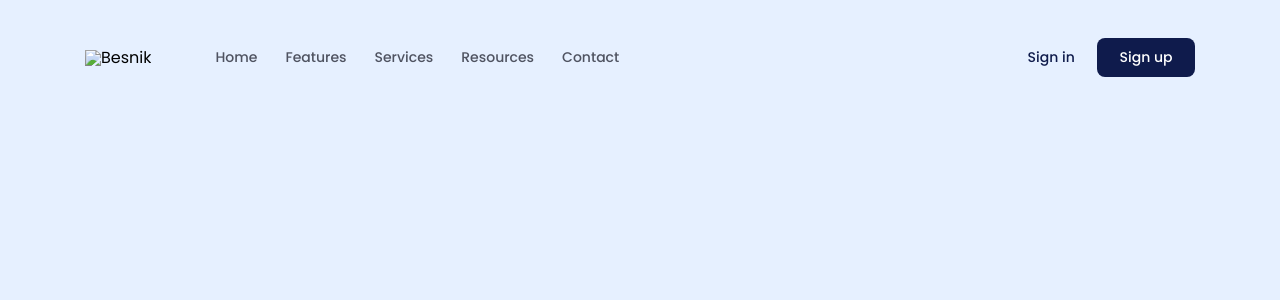
Repository: Phu2992/htmlcss-f8-01
Page: index.html
These files come from the project's save history. The page is drawn as it stood at one moment and after the next save; the edit follows.
The browser window is 1280 px wide. The pictures show the whole page.
The pointer rests on the first visible `.btn`.

Above is the page before, as saved 2024-09-26 15:21:15.

After the next save:
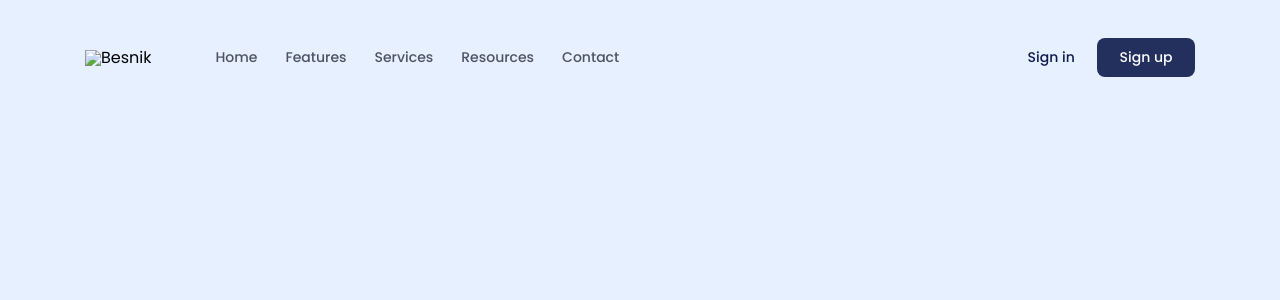
Saved 67 s later.
--- a/assets/css/styles.css
+++ b/assets/css/styles.css
@@ -84,3 +84,7 @@
     padding: 9px 16px;
     margin-left: 18px;
 }
+
+.btn:hover {
+    opacity: 0.9;
+}
